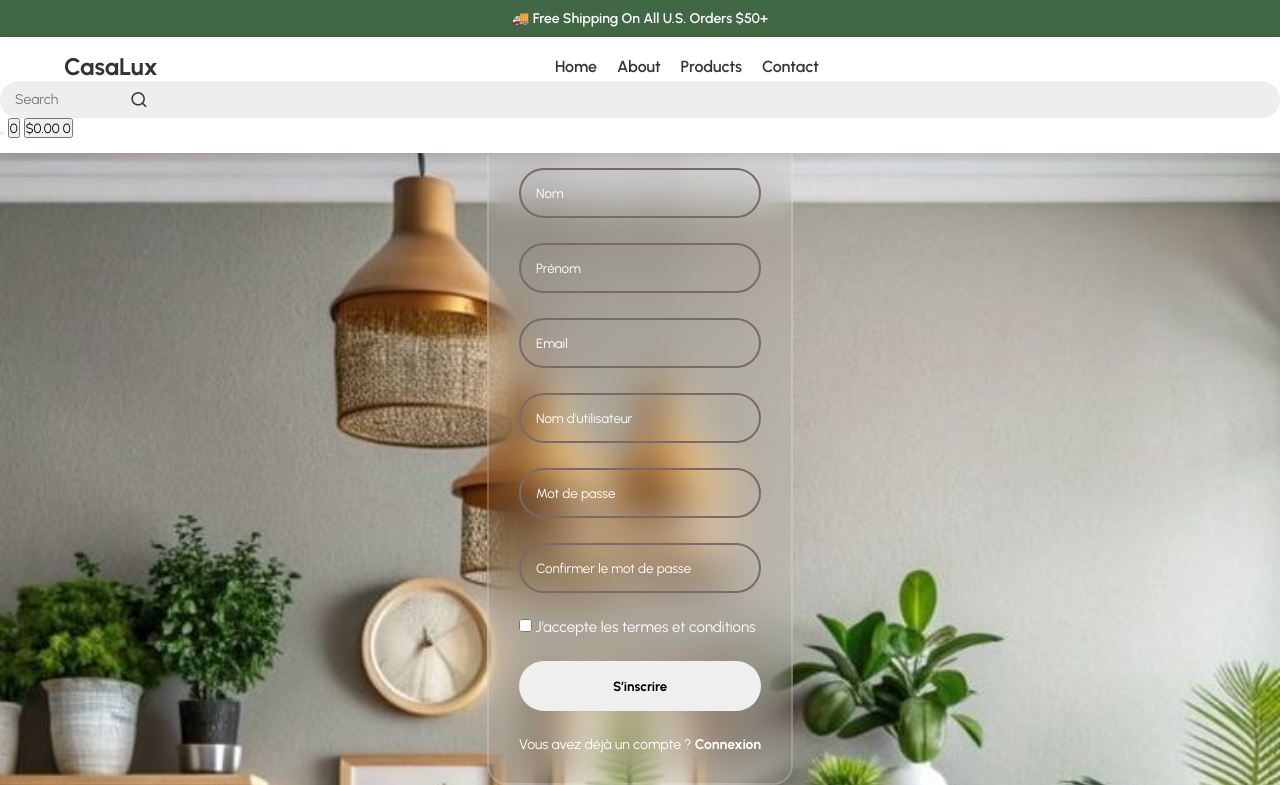
Repository: doua184/CasaLux
Page: inscription.html
The author's editor kept a copy of each file at every save. The page is drawn from the files as they stood at one save, then again after the next save.
The browser window is 1280 px wide. The pictures show the whole page.
Some icons come from a web library that is not loaded, so they are not drawn. Some web libraries are served in a nearby version.

Above is the page before, as saved 2025-04-05 19:08:47.

After the next save:
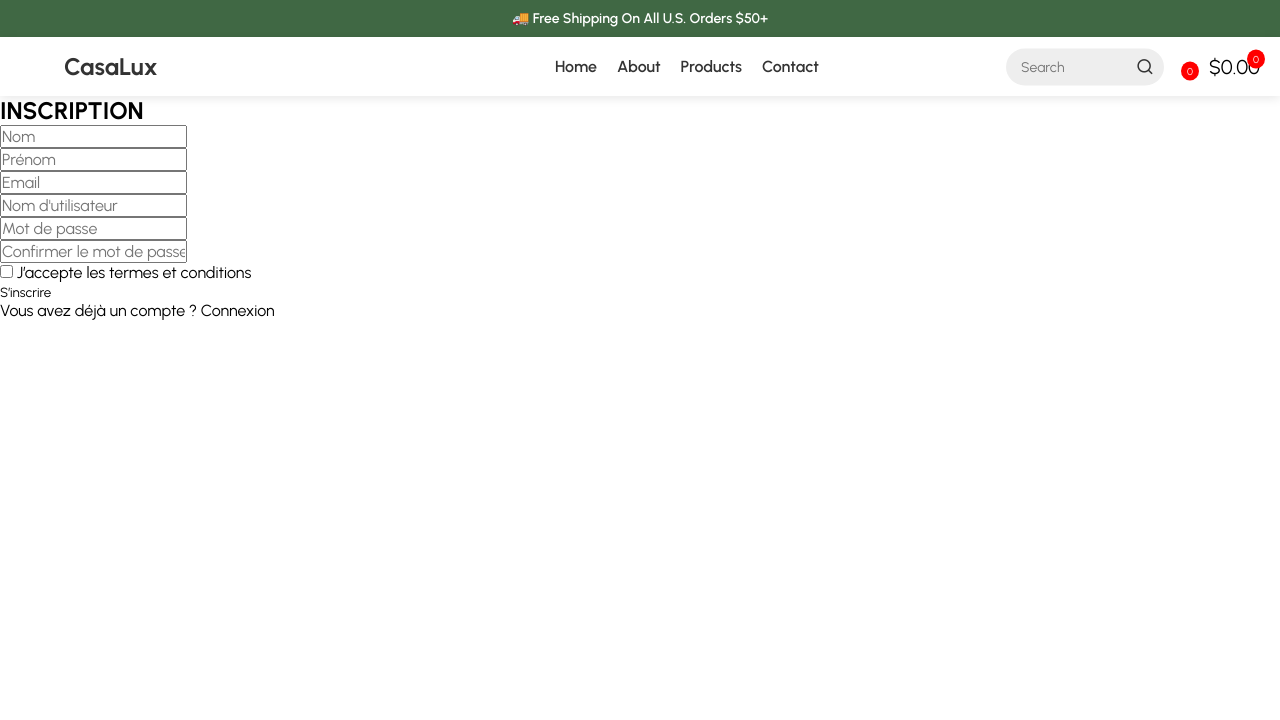
Saved 112 s later.
--- a/inscription.html
+++ b/inscription.html
@@ -11,7 +11,7 @@
       rel="stylesheet"
       href="https://cdn.jsdelivr.net/npm/swiper@11/swiper-bundle.min.css"
     />
-    <link rel="stylesheet" href="inscription.css" />
+    <link rel="stylesheet" href="style.css" />
 
     <title>CasaLux</title>
     <!-- Google Fonts -->
